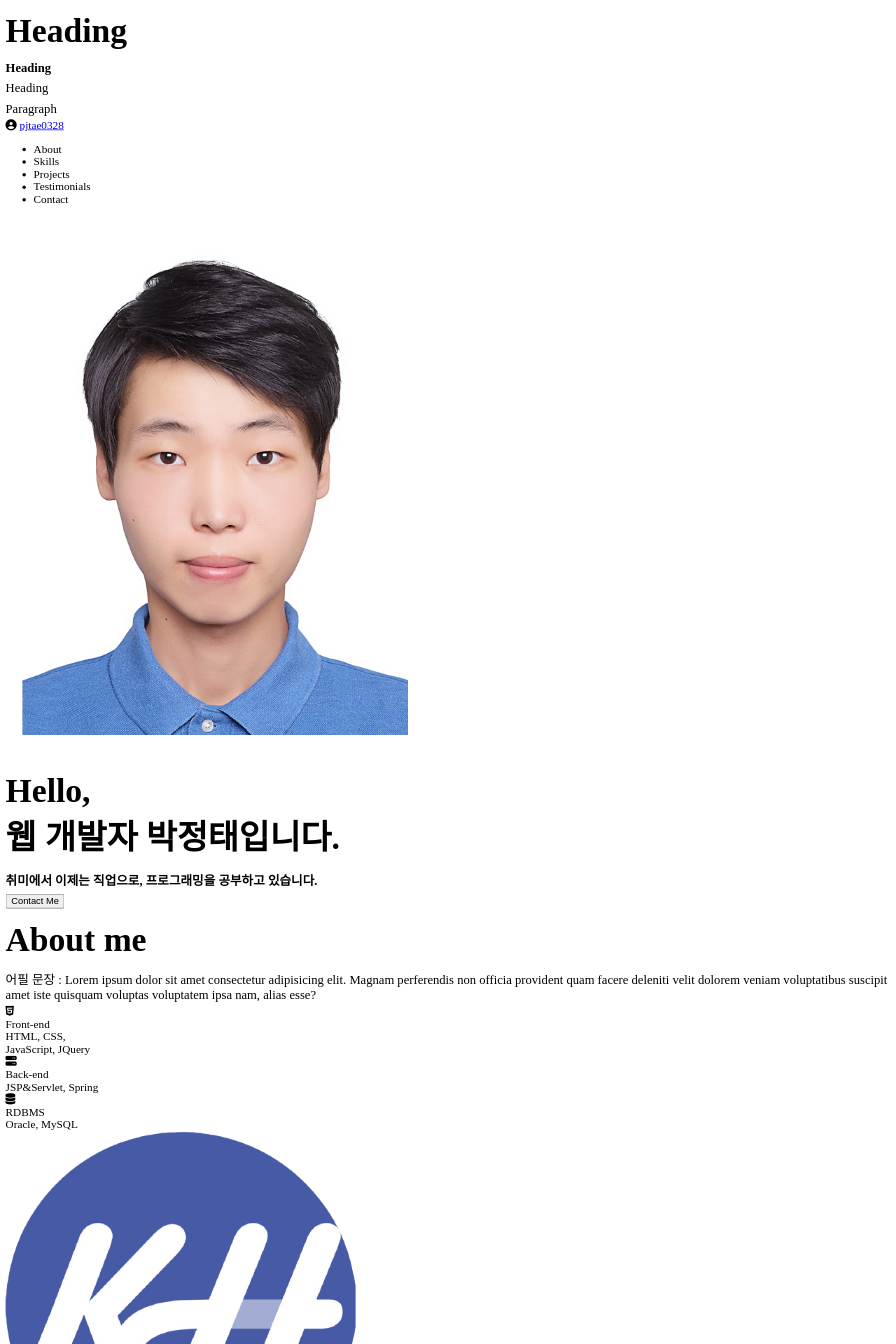
Repository: pjtae0328/Portfolio
Page: index.html
An editor plug-in stored every save of this project. The page is shown before and after the next save, followed by the edit.
The browser window is 1280 px wide. The pictures show the part of the page from y = 0 to 1920 px (the page is 6444 px tall before and 6282 px after), at 70% of full size.
Some web libraries are served in a nearby version.

Above is the page before, as saved 2021-09-02 21:09:16.

After the next save:
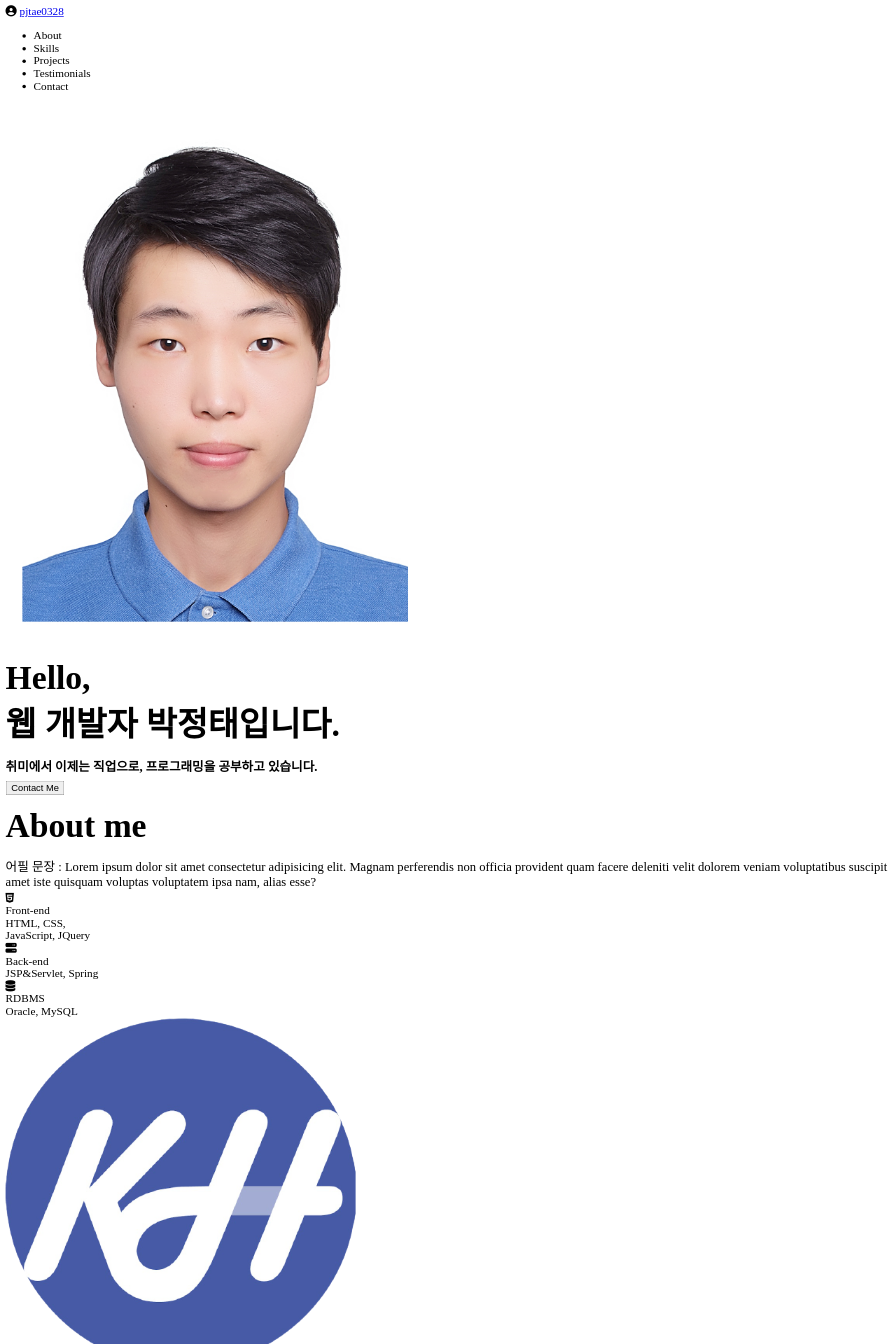
Saved 31 s later.
--- a/index.html
+++ b/index.html
@@ -28,12 +28,6 @@
     <script src="main.js" defer></script>
 
 <body>
-    <!-- Test -->
-    <h1>Heading</h1>
-    <h2>Heading</h2>
-    <h3>Heading</h3>
-    <p>Paragraph</p>
-
 <!-- Nav Bar -->
 <nav id="navbar">
     <div class="navbar__logo">
